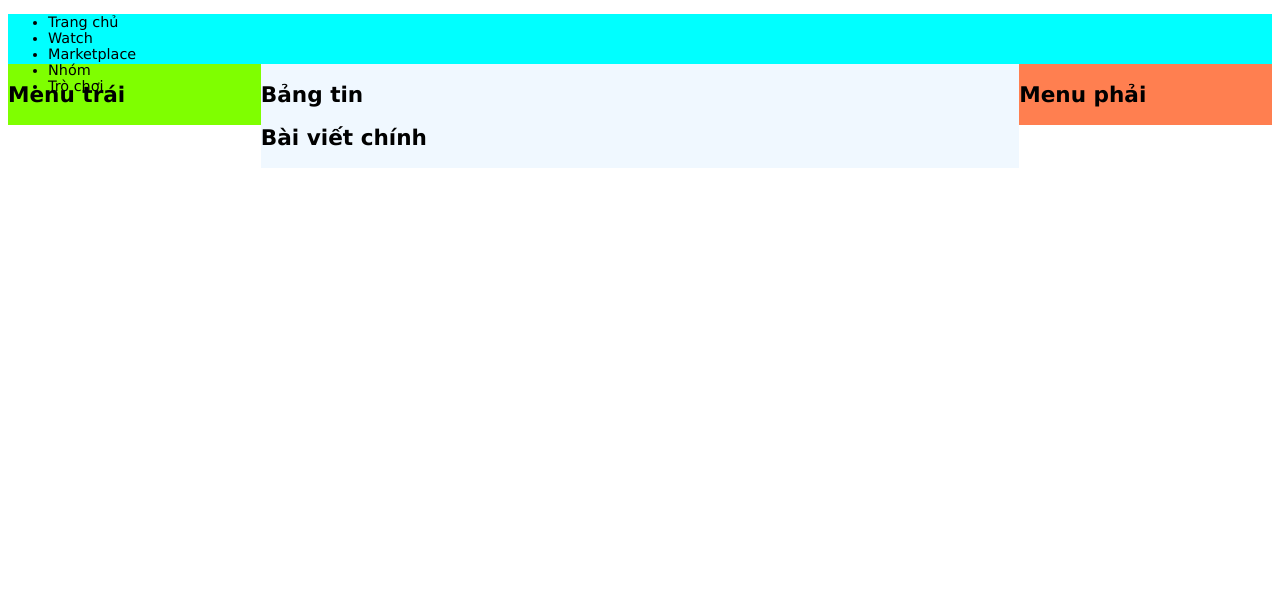
Repository: congle98/CSS_LayoutFacebookCoBan
Page: index.html
An editor plug-in stored every save of this project. The page is shown before and after a run of saves, followed by the edit.
The browser window is 1280 px wide. The pictures show the whole page.

Above is the page before, as saved 2021-05-26 15:29:59.

### index.html
<!DOCTYPE html>
<html lang="en">
<head>
    <meta charset="UTF-8">
    <meta http-equiv="X-UA-Compatible" content="IE=edge">
    <meta name="viewport" content="width=device-width, initial-scale=1.0">
    <title>Document</title>
    <style>
        body {
            font-family: Verdana,sans-serif;
            font-size: 0.9em;
        }
        header{
            background-color: cyan;
            width: 100%;
            height: 50px;

        }
        #sidebar-left{
            width: 20%;
            float: left;
            background-color: chartreuse;
            h
        }
        section{
            width: 60%;
            float: left;
            background-color:aliceblue;
        }
        #sidebar-right{
            width: 20%;
            float: right;
            background-color:coral
        }

    </style>
</head>
<body>
    <header>
        <nav>
            <ul>
                <li>Trang chủ</li>
                <li>Watch</li>
                <li>Marketplace</li>
                <li>Nhóm</li>
                <li>Trò chơi</li>
            </ul>
        </nav>
    </header>
    <div id="sidebar-left">
        <h2>Menu trái</h2>
    </div>
    <section>
        <article>
            <h2>Bảng tin</h2>
        </article>
        <article>
            <h2>Bài viết chính</h2>
        </article>
    </section>
    <div id="sidebar-right">
        <h2>Menu phải</h2>
    </div>
</body>
</html>

After the next 4 saves:
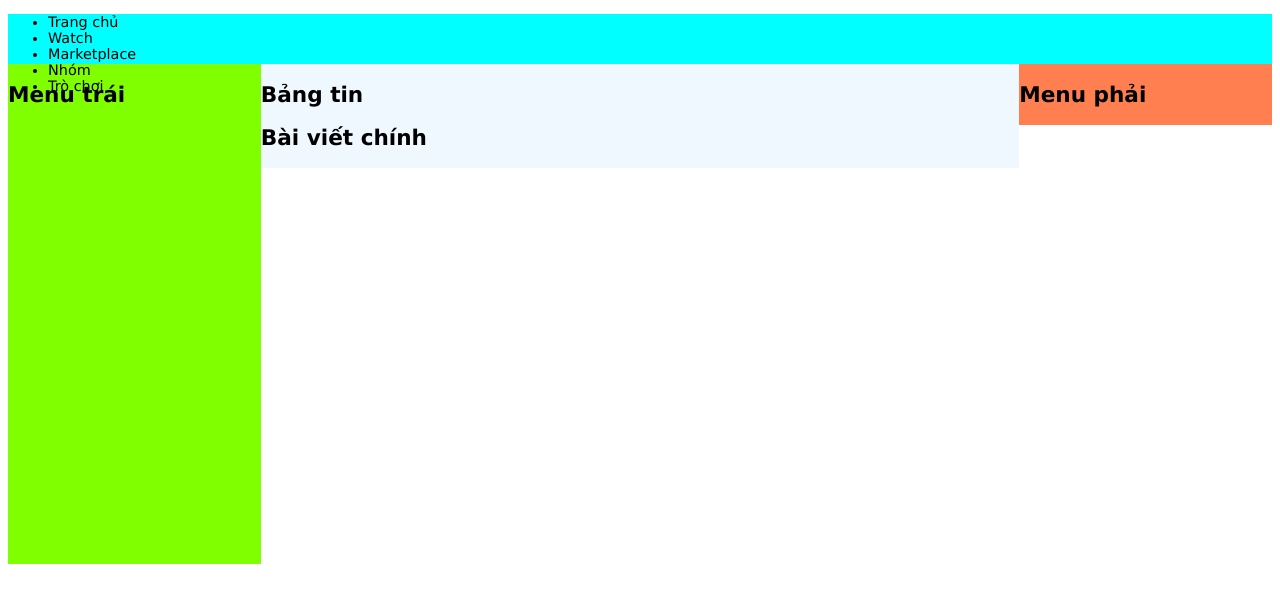
The 4 saves are shown as one change because they came seconds apart.
The last was saved 12 s later.
--- a/index.html
+++ b/index.html
@@ -20,7 +20,7 @@
             width: 20%;
             float: left;
             background-color: chartreuse;
-            h
+            height: 500px;
         }
         section{
             width: 60%;
